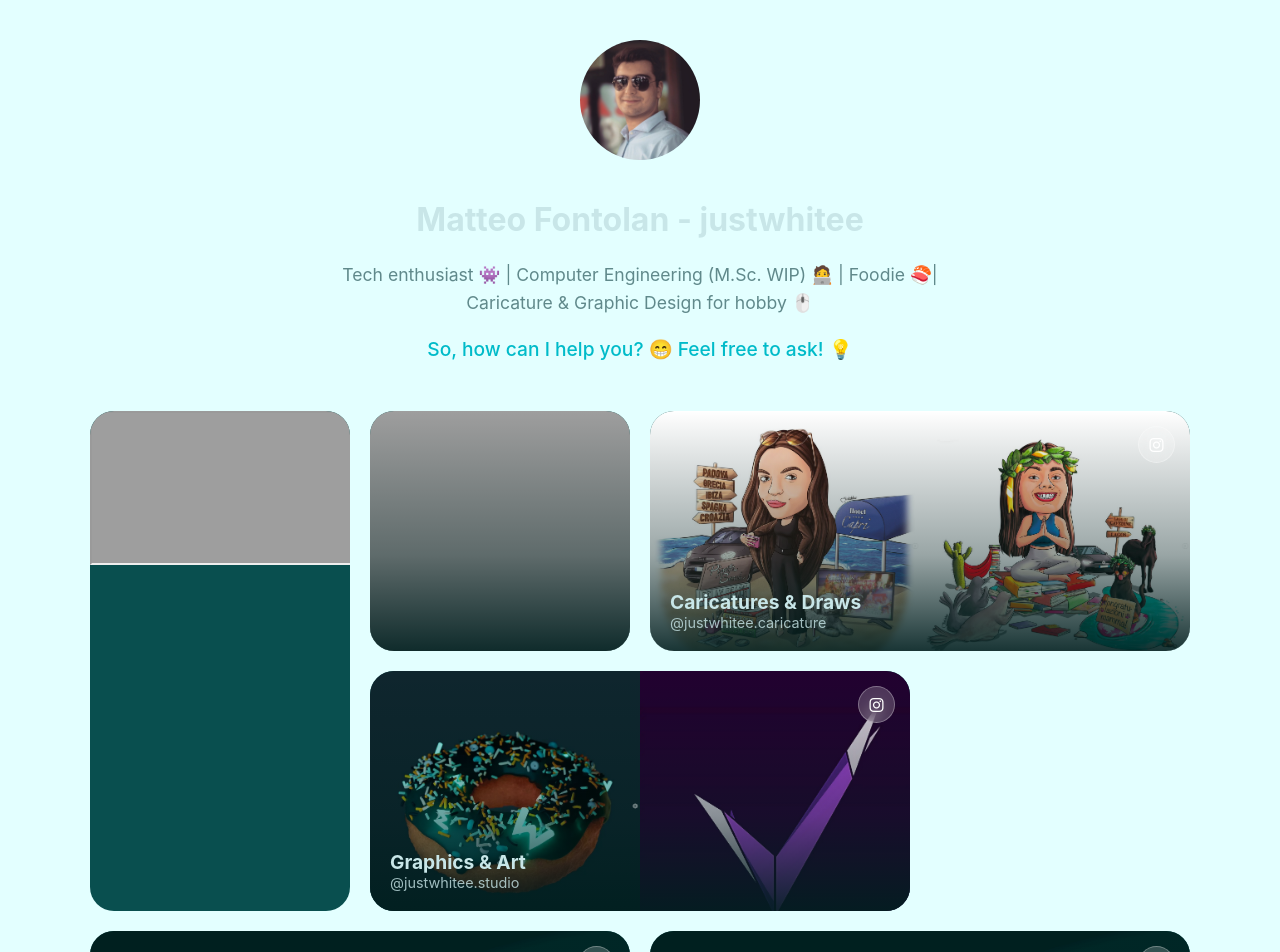
Repository: itsjustwhitee/itsjustwhitee.github.io
Page: bento/index.html
These files come from the project's save history. The page is drawn as it stood at one moment and after the next save; the edit follows.
The browser window is 1280 px wide. The pictures show the part of the page from y = 0 to 952 px (the page is 2251 px tall before and 2431 px after).
Pictures or frames that could not be fetched are drawn as grey boxes.

Above is the page before, as saved 2026-01-17 21:49:48.

### bento/index.html
<!DOCTYPE html>
<html lang="en">
<head>
    <meta charset="UTF-8">
    <meta name="viewport" content="width=device-width, initial-scale=1.0">
    <title>justwhitee's bento</title>
    <link rel="stylesheet" href="style.css">
    <link rel="stylesheet" href="https://cdnjs.cloudflare.com/ajax/libs/font-awesome/6.5.1/css/all.min.css">
</head>
<body>
    <div class="container">
        <!-- Profile Header -->
        <header class="profile-header">
            <img src="./assets/propic.jpg" alt="That should've been me :C" class="profile-pic">
            <h1>Matteo Fontolan - justwhitee</h1>
            <p class="bio">Tech enthusiast 👾 | Computer Engineering (M.Sc. WIP) 🧑‍💻 | Foodie 🍣| Caricature & Graphic Design for hobby 🖱️
            </p>
            <p class="cta">So, how can I help you? 😁 Feel free to ask! 💡</p>
        </header>

        <!-- Bento Grid -->
        <main class="bento-grid" id="bento-grid">
            <!-- Contents will be displayed here by JS -->
        </main>
    </div>
    <script src="script.js"></script>
</body>
</html>

### bento/style.css
:root {
    --bg-color: #e3ffff;
    --card-bg: #094f4f;
    --text-light: #c8e6e8;
    --text-dim: #60898b;
    --accent: #00bbc9;
    --radius: 24px;
}

body {
    font-family: 'Inter', sans-serif;
    background-color: var(--bg-color);
    color: var(--text-light);
    margin: 0;
    padding: 40px 20px;
}

.container {
    max-width: 1100px;
    margin: 0 auto;
}

.profile-header {
    text-align: center;
    margin-bottom: 50px;
}

.profile-pic {
    width: 120px;
    height: 120px;
    border-radius: 50%;
    object-fit: cover;
    margin-bottom: 15px;
}

/* Dinamic Grid */
.bento-grid {
    display: grid;
    grid-template-columns: repeat(4, 1fr); /* 4 columns on desktop */
    grid-auto-rows: 240px; /* Base height of every slot */
    gap: 20px;
}

/* Base Card */
.card {
    position: relative;
    background: var(--card-bg);
    border-radius: var(--radius);
    transition: transform 0.3s ease;
    overflow: hidden;
}

.card:hover {
    transform: translateY(-5px);
}

/* Cards dimensions */
.small { grid-column: span 1; grid-row: span 1; } /* Square 1x1 */
.wide  { grid-column: span 2; grid-row: span 1; } /* Horizontal Rectangle 2x1 */
.tall  { grid-column: span 1; grid-row: span 2; } /* Vertical Rectangle 1x2 */
.large { grid-column: span 2; grid-row: span 2; } /* Large Square 2x2 */

/* Overlay for background images (for text readability) */
.card-image-bg {
    position: absolute;
    top: 0; left: 0; width: 100%; height: 100%;
    background-size: cover;
    background-position: center;
    z-index: 1;
    transition: transform 0.5s ease;
}
.card-image-bg[style*="background-color"] {
    opacity: 1;
}

/* Internal Cards styles */
.card h3 {
    font-size: 1.3rem;
    margin: 0;
    font-weight: 700;
    /* text-shadow: 0 2px 4px rgba(0,0,0,0.5); /* Leggibilità sopra le foto */
}
.card p {
    font-size: 0.9rem;
    opacity: 0.9;
    margin-top: 5px;
}

/* Responsive: scale tablet and mobile */
@media (max-width: 900px) {
    .bento-grid { grid-template-columns: repeat(2, 1fr); }
}

@media (max-width: 600px) {
    .bento-grid {
        grid-template-columns: 1fr;
        grid-auto-rows: auto;
    }
    .small, .wide, .tall, .large {
        grid-column: span 1;
        grid-row: auto;
        min-height: 250px;
    }
}
.card.wide[style*="background-color"] .overlay {
    justify-content: center;
}

.overlay {
    position: absolute;
    bottom: 0;
    left: 0;
    width: 100%;
    height: 100%;
    /* Gradiente scuro dal basso verso l'alto per far risaltare il testo bianco */
    background: linear-gradient(to top, rgba(0, 31, 31, 0.9) 0%, rgba(0, 31, 31, 0.4) 40%, transparent 100%);
    display: flex;
    flex-direction: column;
    justify-content: flex-end;
    padding: 20px;
    box-sizing: border-box;
    z-index: 2;
}

.bio {
    font-size: 1.1rem;
    color: var(--text-dim);
    max-width: 600px;
    margin: 10px auto;
    line-height: 1.6;
}

.cta {
    font-size: 1.2rem;
    font-weight: 500;
    margin-top: 20px;
    color: var(--accent);
}

/* linkable cards (graphical elements) */
.card-link {
    text-decoration: none;
    color: inherit;
    cursor: pointer;
    display: block;
}

/* Hover effect more emphatized*/
.card-link:hover .card-image-bg {
    transform: scale(1.1);
}

/* Avoid that the iframe "eats" the click if the card is a link */
.iframe-container {
    width: 100%;
    height: 100%;
    pointer-events: none; /* Makes the iframe non-interactive so the click passes to the card */
}

/* Allign title and icon in a row */
.title-row {
    display: flex;
    align-items: center;
    gap: 12px;
    margin-bottom: 5px;
}

.card-icon {
    font-size: 1.5rem; /* icon size */
    display: flex;
    align-items: center;
    justify-content: center;
}

.overlay h3 {
    margin: 0;
    font-size: 1.2rem;
}

.overlay p {
    margin: 0;
    font-size: 0.9rem;
    opacity: 0.8;
}

/* Grid for Instagram manual cards */
.ig-grid-container {
    display: grid;
    grid-template-columns: 1fr 1fr;
    grid-template-rows: 1fr 1fr;
    width: 100%;
    height: 100%;
    gap: 0;
}

.ig-photo {
    width: 100%;
    height: 100%;
    object-fit: cover;
}

/* Icon in the corner for cards with links */
.card-corner-icon {
    position: absolute;
    top: 15px;
    right: 15px;
    z-index: 10;
    background: rgba(255, 255, 255, 0.2);
    backdrop-filter: blur(8px); /* glass blurred effect */
    width: 35px;
    height: 35px;
    border-radius: 50%;
    display: flex;
    align-items: center;
    justify-content: center;
    color: white;
    font-size: 1rem;
    border: 1px solid rgba(255, 255, 255, 0.3);
}

/* Card fix for white ones */
/* If the background is white, the text must become dark to be readable */
.card[style*="background-color: #ffffff"] .overlay,
.card[style*="background-color: white"] .overlay {
    background: rgba(255, 255, 255, 0.1); /* Remove the dark gradient */
    color: #031f1f; /* Dark color same as your --bg-color */
}

.card[style*="background-color: #ffffff"] .card-icon {
    color: #031f1f;
}

/* Center content for cards without image (only color) */
.card-image-bg[style*="background-color"] + .overlay {
    justify-content: center;
    align-items: center;
    text-align: center;
    background: none; /* Remove gradient if it's only a solid color */
}

### bento/script.js
const bentoData = [
    {
        // GitHub
        type: "iframe",
        size: "tall",
        src: "https://github-readme-stats.vercel.app/api?username=itsjustwhitee&show_icons=true&theme=dark&hide_border=true",
    },
    {
        type: "image",
        size: "small",
        bg: "assets/logo_itsjustwhitee.png",
    },
    {
        type: "instagram-manual",
        size: "wide",
        title: "Caricatures & Draws",
        username: "@justwhitee.caricature",
        images: [
            "assets/justwhitee.caricature/1.png",
            "assets/justwhitee.caricature/2.png",
            "assets/justwhitee.caricature/3.png",
            "assets/justwhitee.caricature/4.png",
        ],
        link: "https://www.instagram.com/justwhitee.caricature"
    },
    {
        type: "instagram-manual",
        size: "wide",
        title: "Graphics & Art",
        username: "@justwhitee.studio",
        images: [
            "assets/justwhitee.studio/1.png",
            "assets/justwhitee.studio/2.png",
            "assets/justwhitee.studio/3.png",
            "assets/justwhitee.studio/4.png",
        ],
        link: "https://www.instagram.com/justwhitee.studio"
    },
    {
        type: "image",
        size: "wide",
        title: "Contact Me",
        desc: "If you want to collaborate, reach out here or on justwhitee.studio@gmail.com!",
        bg: "assets/writeTelegram.jpg",
        link: "https://t.me/justwhitee"
    },
    {
        type: "image",
        size: "wide",
        title: "Support Me",
        desc: "If you want to buy me a coffee or something, you can do it here!",
        bg: "assets/paypalBanner.jpg",
        link: "https://www.paypal.com/paypalme/justwhitee"
    },
    {
        type: "image",
        size: "wide",
        title: "My Subito Shop",
        desc: "Something I do not use anymore, may be you can find something useful!",
        bg: "assets/Subito.jpg",
        link: "https://www.subito.it/utente/115681616"
    },
    {
        type: "image",
        size: "wide",
        title: "My Vinted Shop",
        desc: "...Or here...",
        bg: "assets/Vinted.jpg",
        link: "https://www.vinted.it/member/98964478-matteottf"
    },
    {
        type: "image",
        size: "wide",
        title: "My Wallapop Shop",
        desc: "...Or even here...",
        bg: "assets/Wallapop.jpg",
        link: "https://www.wallapop.com/user/matteof-452229251"
    },
    {
        type: "image",
        size: "wide",
        title: "My ebay Shop",
        desc: "...Or finally here!",
        bg: "assets/ebay.jpg",
        link: "https://ebay.us/m/cxwlKH"
    },
    {
        type: "image",
        size: "wide",
        title: "Me in private :D",
        link: "https://www.instagram.com/matteo.ttf",
        bg: "#ffffff",
    },
    {
        type: "image",
        size: "wide",
        title: "Some Notes and Resources",
        link: "https://justwhitee.notion.site/Materiali-utili-su-Notion-6d4afc02fd114ee1b65fac5ab8e25201?pvs=4",
        bg: "#ffffff",
    },
    {
        type: "image",
        size: "wide",
        title: "My amazon wishlist",
        link: "https://www.amazon.it/hz/wishlist/ls/2VEY37Y3KUVK8?ref_=wl_share",
        bg: "#ffffff",
    },
];

function getIcon(link) {
    if (!link) return "";
    if (link.includes("instagram.com")) return '<i class="fa-brands fa-instagram"></i>';
    if (link.includes("telegram.me") || link.includes("t.me")) return '<i class="fa-brands fa-telegram"></i>';
    if (link.includes("paypal.me")) return '<i class="fa-brands fa-paypal"></i>';
    if (link.includes("amazon.")) return '<i class="fa-brands fa-amazon"></i>';
    if (link.includes("github.com")) return '<i class="fa-brands fa-github"></i>';
    if (link.includes("notion.site")) return '<i class="fa-solid fa-note-sticky"></i>';
    if (link.includes("vinted")) return '<i class="fa-solid fa-shirt"></i>';
    if (link.includes("ebay")) return '<i class="fa-brands fa-ebay"></i>';
    if (link.includes("subito")) return '<i class="fa-solid fa-cart-shopping"></i>';
    return '<i class="fa-solid fa-link"></i>'; // Icona di default
}

const grid = document.getElementById('bento-grid');

function loadBento() {
    bentoData.forEach(item => {
        const card = document.createElement(item.link ? 'a' : 'div');
        if (item.link) {
            card.href = item.link;
            card.target = "_blank";
            card.classList.add('card-link');
        }

        card.classList.add('card', item.size);

        if (item.type === "image") {
            const isColor = item.bg.startsWith('#');
            const bgStyle = isColor ? `background-color: ${item.bg}` : `background-image: url('${item.bg}')`;
            const iconHtml = isColor ? `<div class="card-icon">${getIcon(item.link)}</div>` : '';
            const cornerIconHtml = (!isColor && item.link) ? `<div class="card-corner-icon">${getIcon(item.link)}</div>` : '';

            card.innerHTML = `
                <div class="card-image-bg" style="${bgStyle}"></div>
                ${cornerIconHtml}
                <div class="overlay">
                    <div class="title-row">
                        ${iconHtml}
                        <h3>${item.title || ''}</h3>
                    </div>
                    ${item.desc ? `<p>${item.desc}</p>` : ''}
                </div>
            `;
        } else if (item.type === "iframe") {
            card.innerHTML = `<div class="iframe-container"><iframe src="${item.src}"></iframe></div>`;
        }
        else if (item.type === "instagram-manual") {
            let photosHtml = '';
            item.images.forEach(img => {
                photosHtml += `<img src="${img}" class="ig-photo">`;
            });

            card.innerHTML = `
                <div class="ig-grid-container">
                    ${photosHtml}
                </div>
                <div class="card-corner-icon"><i class="fa-brands fa-instagram"></i></div>
                <div class="overlay">
                    <h3>${item.title}</h3>
                    <p>${item.username}</p>
                </div>
            `;
        }

        grid.appendChild(card);
    });
}

document.addEventListener('DOMContentLoaded', loadBento);

After the next save:
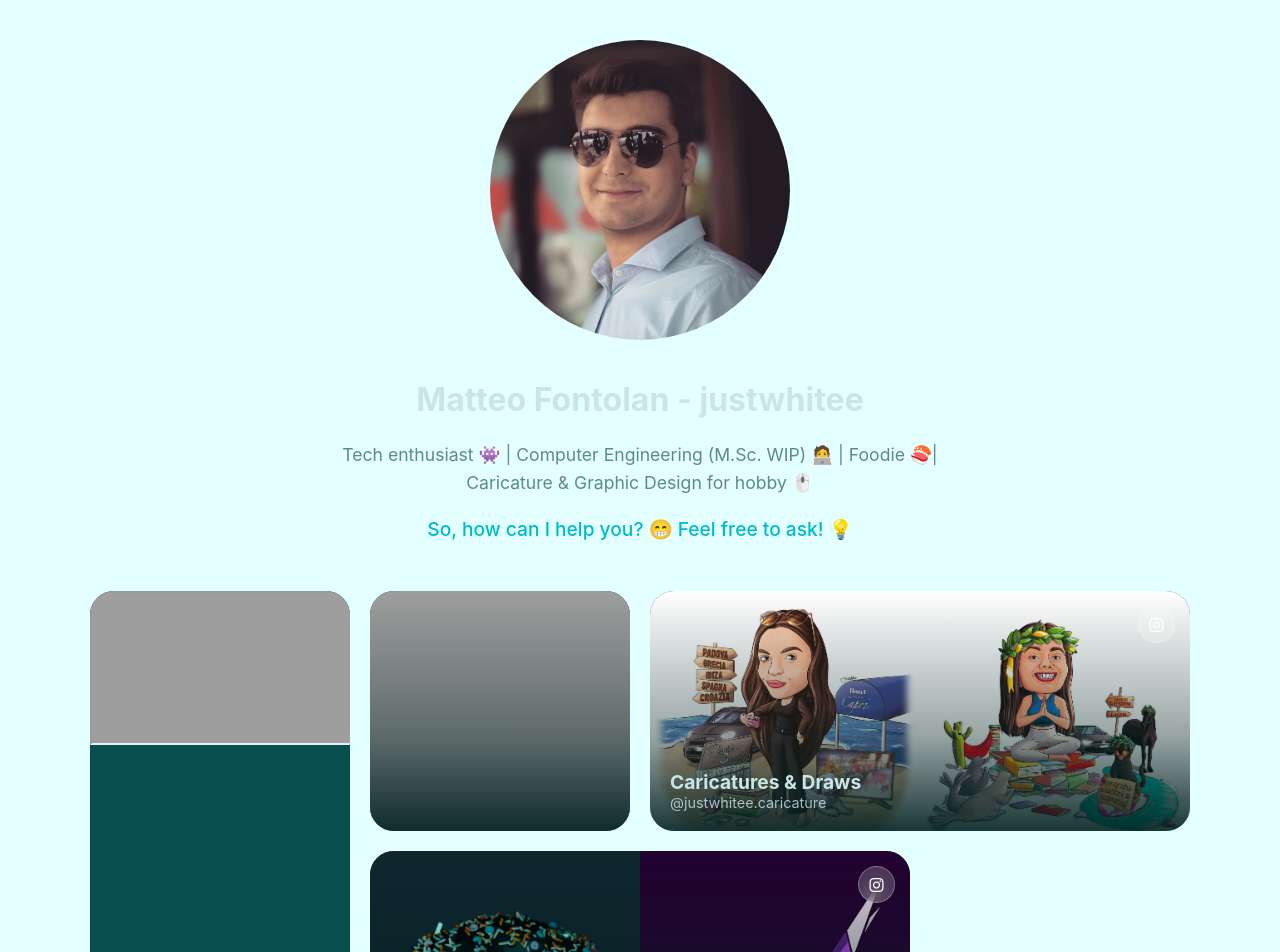
Saved 31 s later.
--- a/bento/style.css
+++ b/bento/style.css
@@ -26,8 +26,8 @@
 }
 
 .profile-pic {
-    width: 120px;
-    height: 120px;
+    width: 300;
+    height: 300px;
     border-radius: 50%;
     object-fit: cover;
     margin-bottom: 15px;
